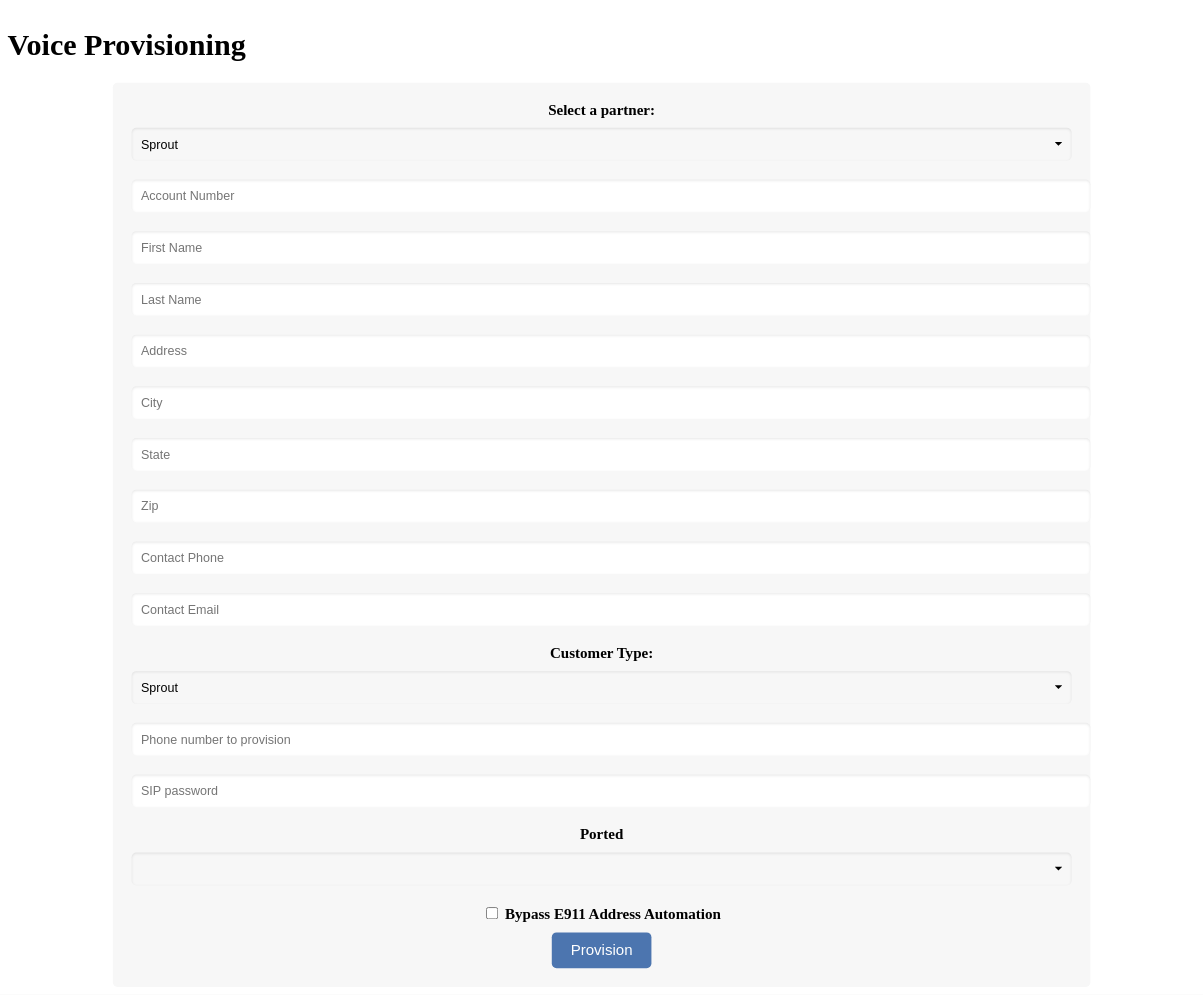
Repository: smallchungus/logiccom
Page: /
These files come from the project's save history. The page is drawn as it stood at one moment and after the next save; the edit follows.
The browser window is 1280 px wide. The pictures show the whole page, at 94% of full size.
The project was rebuilt for these pictures with package versions that can differ from the ones it lists, and the page was loaded fresh each time. Also part of the build but not shown: vite.config.ts.

Above is the page before, as saved 2023-05-04 11:31:44.

### src/App.vue
<style src="./styles.css"></style>


<template>
<header>
  <h1>Voice Provisioning</h1>
</header>

<form>
      <div class="form-group">
        <label for="partner">Select a partner:</label>
        <select id="partner" name="partner">
          <option value="Sprout">Sprout</option>
          <option value="option2">Option 2</option>
        </select>
      </div>

      <div class="form-group">
        <input type="text" id="accountNum" name="accountNum" placeholder="Account Number">
      </div>

      <div class="form-group">
        <input type="text" id="firstName" name="firstName" placeholder="First Name">
      </div>

      <div class="form-group">
        <input type="text" id="lastName" name="lastName" placeholder="Last Name">
      </div>

      <div class="form-group">
        <input type="text" id="address" name="address" placeholder="Address">
      </div>

      <div class="form-group">
        <input type="text" id="city" name="city" placeholder="City">
      </div>

      <div class="form-group">
        <input type="text" id="state" name="state" placeholder="State">
      </div>

      <div class="form-group">
        <input type="text" id="zip" name="zip" placeholder="Zip">
      </div>

      <div class="form-group">
        <input type="text" id="contactPhone" name="contactPhone" placeholder="Contact Phone">
      </div>

      <div class="form-group">
        <input type="text" id="contactEmail" name="contactEmail" placeholder="Contact Email">
      </div>

      <div class="form-group">
        <label for="customerType">Customer Type:</label>
        <select id="customerType" name="customerType">
          <option value="Sprout">Sprout</option>
          <option value="option2">Option 2</option>
        </select>
      </div>

      <div class="form-group">
        <input type="text" id="phoneToProv" name="phoneToProv" placeholder="Phone number to provision">
      </div>

      <div class="form-group">
        <input type="password" id="sipPassword" name="sipPassword" placeholder="SIP password">
      </div>


    <label for="ported">Ported</label>
    <select id="ported" name="ported">
      <option value=""></option>
      <option value="option2">Option 2</option>
    </select>

    <label>
      <input type="checkbox" >
      Bypass E911 Address Automation
    </label>

    <button type="submit">Provision</button>
  </form>
</template>

### src/styles.css
header {
    text-align: center;
}

body {
    text-align: center;
  }

  form {
    background-color: #f7f7f7;
    border-radius: 5px;
    padding: 20px;
    margin: 0 auto; /* set the left and right margin to "auto" to center the element horizontally */
    max-width: 1000px; /* set a maximum width to limit the width of the form */
  }

  label {
    display: block;
    font-weight: bold;
    margin-bottom: 10px;
  }

  input[type="text"],
  input[type="password"],
  select {
    width: 100%;
    padding: 10px;
    border: none;
    border-radius: 5px;
    margin-bottom: 20px;
    box-shadow: inset 0px 1px 3px rgba(0, 0, 0, 0.1);
  }

  select {
    appearance: none;
    background: url('data:[embedded picture, 114 characters]') no-repeat;
    background-position: calc(100% - 10px) center;
    background-size: 8px 8px;
  }

  button[type="submit"] {
    background-color: #4c75af;
    color: #fff;
    border: none;
    border-radius: 5px;
    padding: 10px 20px;
    font-size: 16px;
    cursor: pointer;
  }

@media (min-width: 1024px) {
  header {
    display: flex;
    place-items: center;
    padding-right: calc(var(--section-gap) / 2);
  }

  .logo {
    margin: 0 2rem 0 0;
  }

  header .wrapper {
    display: flex;
    place-items: flex-start;
    flex-wrap: wrap;
  }
}

Loaded but not shown: index.html (common file); src/main.ts (common file)

After the next save:
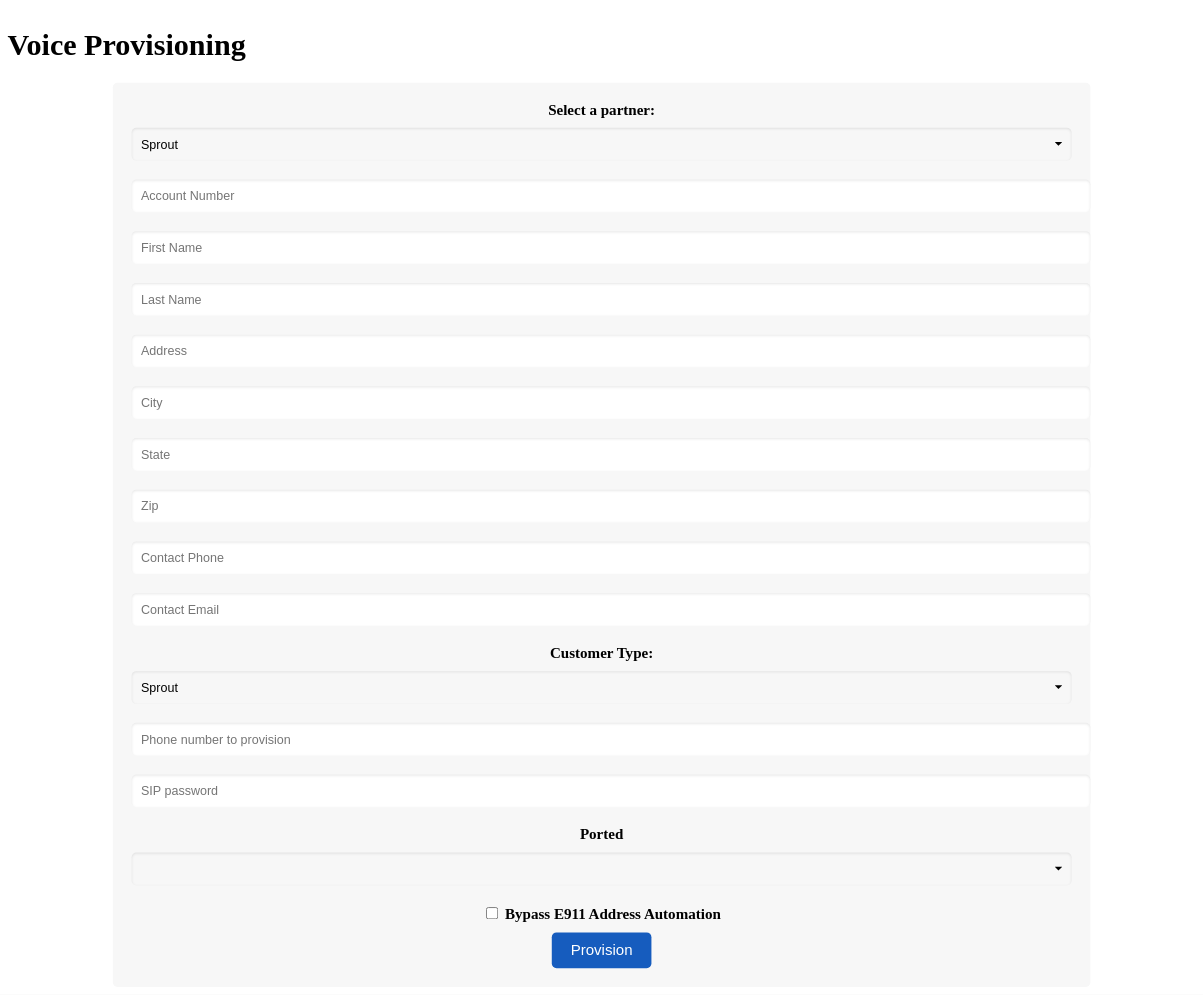
Saved 5 s later.
--- a/src/styles.css
+++ b/src/styles.css
@@ -39,7 +39,7 @@ body {
   }
 
   button[type="submit"] {
-    background-color: #4c75af;
+    background-color: #165cbe;
     color: #fff;
     border: none;
     border-radius: 5px;
